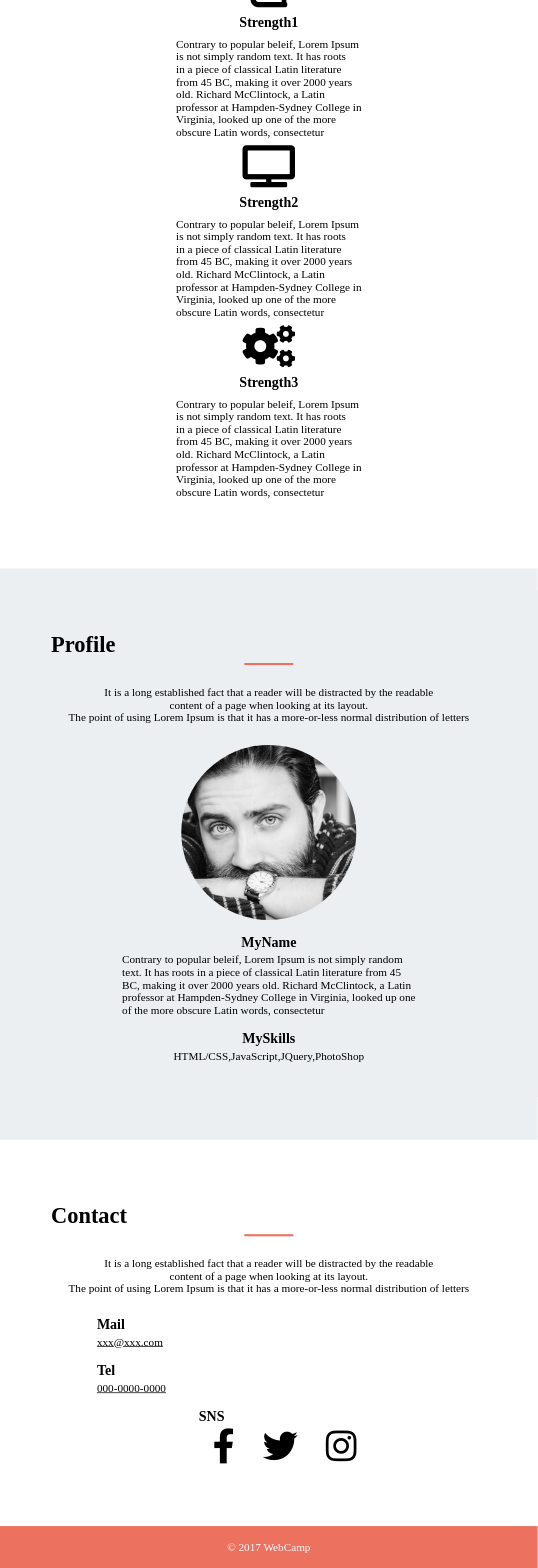
Repository: n19880405nick/challenge
Page: LoremIpsum/challenge.html
The author's editor kept a record of every edit. The page is drawn from the files as they stood at one moment, then again after the next edit.
The browser window is 768 px wide. The pictures show the part of the page from y = 2063 to 4303 px (the page is 4303 px tall), at 70% of full size.

Above is the page before.

### LoremIpsum/challenge.html
<!DOCTYPE html>
	<html lang = "ja">
		<head>
			<meta charset="utf-8">
			<meta name="viewport" content="width=device-width, initial-scale=1.0">
			<title>WALS成果物</title>
			<link rel="stylesheet" href="challenge.css">
			<link rel="stylesheet" href="https://cdnjs.cloudflare.com/ajax/libs/font-awesome/5.15.4/css/all.min.css">
		</head>

		<body>
			<header>
				<nav class="nav">
					<a href=""><img class="logo" src="img/logo.png"></a>
					<ul class="header-list">
						<li class="header-list-item">Portfolio</li>
						<li class="header-list-item">Feature</li>
						<li class="header-list-item">Profile</li>
						<li class="header-list-item">Contact</li>
					</ul>
				</nav>
			</header>

			<main>

				<div class="main-visual">
					<span class="main-visual-text"><strong>Lorem Ipsum</strong></span>
					<span class="main-visual-subtext">simply dummy text of the printing</span>
				</div>

				<div class="portfolio">
					<div class="portfolio-texts">
						<span class="title"><strong>Portfolio</strong></span>
						<div class="underline"></div>
						<span class="subtext">It is a long established fact that a reader will be distracted by the readable<br>
						content of a page when looking at its layout.<br>
						The point of using Lorem Ipsum is that it has a more-or-less normal distribution of letters</span>
					</div>
					<div class="portfolio-images">
						<div class="pf-image"></div>
						<div class="pf-image"></div>
						<div class="pf-image"></div>
						<div class="pf-image"></div>
						<div class="pf-image"></div>
						<div class="pf-image"></div>
					</div>
				</div>

				<div class="feature">
					<div class="feature-texts">
						<span class="title"><strong>Feature</strong></span>
						<div class="underline"></div>
						<span class="subtext">It is a long established fact that a reader will be distracted by the readable<br>
						content of a page when looking at its layout.<br>
						The point of using Lorem Ipsum is that it has a more-or-less normal distribution of letters</span>
					</div>
					<div class="feature-strengthes">
						<div class="feature-strength">
							<span><i class="fas fa-book strength-icon"></i></span>
							<span class="strength-title"><strong>Strength1</strong></span>
							<span class="strength-text">Contrary to popular beleif, Lorem Ipsum<br>
							is not simply random text. It has roots<br>
							in a piece of classical Latin literature<br>
							from 45 BC, making it over 2000 years<br>
							old. Richard McClintock, a Latin<br>
							professor at Hampden-Sydney College in<br>
							Virginia, looked up one of the more<br>
							obscure Latin words, consectetur</span>
						</div>
						<div class="feature-strength">
							<span><i class="fas fa-tv strength-icon"></i></span>
							<span class="strength-title"><strong>Strength2</strong></span>
							<span class="strength-text">Contrary to popular beleif, Lorem Ipsum<br>
							is not simply random text. It has roots<br>
							in a piece of classical Latin literature<br>
							from 45 BC, making it over 2000 years<br>
							old. Richard McClintock, a Latin<br>
							professor at Hampden-Sydney College in<br>
							Virginia, looked up one of the more<br>
							obscure Latin words, consectetur</span>
						</div>
						<div class="feature-strength">
							<span><i class="fas fa-cogs strength-icon"></i></span>
							<span class="strength-title"><strong>Strength3</strong></span>
							<span class="strength-text">Contrary to popular beleif, Lorem Ipsum<br>
							is not simply random text. It has roots<br>
							in a piece of classical Latin literature<br>
							from 45 BC, making it over 2000 years<br>
							old. Richard McClintock, a Latin<br>
							professor at Hampden-Sydney College in<br>
							Virginia, looked up one of the more<br>
							obscure Latin words, consectetur</span>
						</div>
					</div>
				</div>

				<div class="profile">
					<div class="profile-texts">
						<span class="title"><strong>Profile</strong></span>
						<div class="underline"></div>
						<span class="subtext">It is a long established fact that a reader will be distracted by the readable<br>
						content of a page when looking at its layout.<br>
						The point of using Lorem Ipsum is that it has a more-or-less normal distribution of letters</span>
					</div>
					<div class="profile-contents">
						<div class="profile-image-frame">
							<div class="profile-image"></div>
						</div>
						<div class="profile-contents-texts">
							<span class="subtitle"><strong>MyName</strong></span>
							<span class="contents-text">Contrary to popular beleif, Lorem Ipsum is not simply random<br>
							text. It has roots in a piece of classical Latin literature from 45<br>
							BC, making it over 2000 years	old. Richard McClintock, a Latin<br>
							professor at Hampden-Sydney College in Virginia, looked up one<br>
							of the more	obscure Latin words, consectetur</span>
							<span class="subtitle"><strong>MySkills</strong></span>
							<span class="contents-text">HTML/CSS,JavaScript,JQuery,PhotoShop</span>
						</div>
					</div>
				</div>

				<div class="contact">
					<div class="contact-texts">
						<span class="title"><strong>Contact</strong></span>
						<div class="underline"></div>
						<span class="subtext">It is a long established fact that a reader will be distracted by the readable<br>
						content of a page when looking at its layout.<br>
						The point of using Lorem Ipsum is that it has a more-or-less normal distribution of letters</span>
					</div>
					<div class="contact-contents">
						<div class="contact-mail-tel">
							<span class="contact-heading"><strong>Mail</strong></span>
							<span class="contact-detail">xxx@xxx.com</span>
							<span class="contact-heading"><strong>Tel</strong></span>
							<span class="contact-detail">000-0000-0000</span>
						</div>
						<div class="contact-sns">
							<span class="contact-heading"><strong>SNS</strong></span>
							<div class="icon-frame">
								<span><i class="fab fa-facebook-f contact-icon"></i></span>
								<span><i class="fab fa-twitter contact-icon"></i></span>
								<span><i class="fab fa-instagram contact-icon"></i></span>
							</div>
						</div>
					</div>
				</div>

			</main>

			<footer>
				<span class="copyrights">© 2017 WebCamp</span>
			</footer>
		</body>
	</html>

### LoremIpsum/challenge.css
*{
	margin: 0;
	padding: 0;
	box-sizing: border-box;
}

header{
	width: 100%;
	height: 70px;
	background-color: #EC715F;
}

.nav{
	margin: auto;
	width: 1024px;
	color: #FAFAFA;
	display: flex;
}

.logo{
	height: 70px;
}

.header-list{
	margin-left: auto;
	list-style: none;
	display: flex;
}

.header-list-item{
	margin: 0 30px;
	padding-top: 25px;
}

.menu-btn{
	position: fixed;
  top: 5px;
  right: 10px;
  display: flex;
  height: 40px;
  width: 40px;
  justify-content: center;
  align-items: center;
  z-index: 90;
  border: solid 2px #FAFAFA;
  border-radius: 5px;
  display: none;
}

.menu-btn span,
.menu-btn span:before,
.menu-btn span:after {
  content: '';
  display: block;
  height: 3px;
  width: 25px;
  border-radius: 3px;
  background-color: #FAFAFA;
  position: relative;
}

.menu-btn span:before {
  bottom: 8px;
}

.menu-btn span:after {
  top: 6px;
}

.main-visual{
	width: 100%;
	height: 650px;
	color: #FAFAFA;
	background-image: url("img/mv.png");
	background-size: cover;
	background-position: center;
	display: flex;
	flex-direction: column;
	align-items: center;
}

.main-visual-text{
	margin-top: 200px;
	font-size: 64px;
}

.main-visual-subtext{
	margin-top: 10px;
	font-size: 20px;
}

.portfolio{
	width: 100%;
	padding: 90px 0;
	background-color: #ECEFF1;
	display: flex;
	flex-direction: column;
}

.portfolio-texts{
	width: 920px;
	margin: 0 auto;
	display: flex;
	flex-direction: column;
	align-items: center;
}

.title{
	font-size: 32px;
	color: #000000;
}

.underline{
	width: 70px;
	height: 3px;
	background-color: #EC715F;
	margin-top: 8px;
}
.subtext{
	margin: 30px auto;
	font-size: 16px;
	color: #000000;
	text-align: center;
}

.portfolio-images{
	margin: 0 auto;
	width: 920px;
	display: flex;
	flex-wrap: wrap;
}

.pf-image{
	width: 300px;
	height: 250px;
	background-size: cover;
	background-position: center;
}

.pf-image:nth-child(1){
	margin-bottom: 10px;
	background-image: url("img/sketch.jpg");
}
.pf-image:nth-child(2){
	margin: 0 10px 10px;
	background-image: url("img/websuku.png");
}
.pf-image:nth-child(3){
	margin-bottom: 10px;
	background-image: url("img/write.jpg");
}
.pf-image:nth-child(4){
	background-image: url("img/webcamp.png");
}
.pf-image:nth-child(5){
	margin: 0 10px;
	background-image: url("img/talk.jpg");
}
.pf-image:nth-child(6){
  background-image: url("img/webcamp-mother.png");
}

.feature{
	width: 100%;
	padding: 90px 0;
	display: flex;
	flex-direction: column;
}

.feature-texts{
	width: 980px;
	margin: 0 auto;
	display: flex;
	flex-direction: column;
	align-items: center;
}

.feature-strengthes{
	margin: 0 auto;
	width: 980px;
	display: flex;
}

.feature-strength{
	width: 320px;
	height: auto;
	display: flex;
	flex-direction: column;
	align-items: center;
}

.feature-strength:nth-child(2){
	margin: 0 10px;
}

.strength-icon{
	font-size: 60px;
}

.strength-title{
	font-size: 20px;
	color: #000000;
	margin: 10px 0;
}

.strength-text{
	font-size: 16px;
	color: #000000;
}

.profile{
	width: 100%;
	padding: 90px 0;
	background-color: #ECEFF1;
	display: flex;
	flex-direction: column;
}

.profile-texts{
	width: 1024px;
	margin: 0 auto;
	display: flex;
	flex-direction: column;
	align-items: center;
}

.profile-contents{
	margin: 0 auto;
	width: 1024px;
	display: flex;
}

.profile-image-frame{
	width: 512px;
	height: auto;
}

.profile-image{
	margin: 0 auto;
	width: 250px;
  height: 250px;
  border-radius:50%;
	background-image: url("img/my-icon.jpg");
}

.profile-contents-texts{
	width: 512px;
	height: auto;
	display: flex;
	flex-direction: column;
}

.subtitle{
	font-size: 20px;
	margin-bottom: 5px;
}

.contents-text{
	font-size: 16px;
	color: #000000;
	margin-bottom: 20px;
}

.contact{
	width: 100%;
	padding: 90px 0;
	display: flex;
	flex-direction: column;
}

.contact-texts{
	width: 800px;
	margin: 0 auto;
	display: flex;
	flex-direction: column;
	align-items: center;
}

.contact-contents{
	margin: 0 auto;
	width: 800px;
	display: flex;
}

.contact-mail-tel{
	width: 400px;
	display: flex;
	flex-direction: column;
	padding-left: 100px;
}

.contact-heading{
	font-size: 20px;
	margin-bottom: 5px;
}

.contact-detail{
	margin-bottom: 20px;
	text-decoration: underline;
}

.contact-sns{
	width: 400px;
	margin: 0 auto;
	padding-left: 100px;
	display: flex;
	flex-direction: column;
}

.icon-frame{
	display: flex;
}

.contact-icon{
	margin: 0 20px;
	font-size: 50px;
}

footer{
	width: 100%;
	height: 60px;
	background-color: #EC715F;
	display: flex;
	justify-content: center;
	align-items: center;
}

.copyrights{
	font-size: 16px;
	color: #FAFAFA;
}

@media screen and (max-width: 768px){
	header{
		height: 50px;
		position: fixed;
	}

	.nav{
		width: 90%;
	}

	.logo{
		height: 50px;
	}

	.header-list{
		display: none;
	}

	.menu-btn{
		display: inherit;
	}

	.main-visual{
		width: 100%;
		height: 650px;
		color: #FAFAFA;
		background-image: url("img/code.png");
		background-size: cover;
		background-position: center;
		display: flex;
		flex-direction: column;
		align-items: center;
	}

	.main-visual-text{
		margin-top: 200px;
		width: 90%;
		font-size: 40px;
	}

	.main-visual-subtext{
		margin-top: 10px;
		width: 90%;
		font-size: 18px;
	}

	.title, .subtext,
	.portfolio-texts, .portfolio-images,
	.feature-texts, .feature-strengthes,
	.profile-texts, .profile-contents,
	.contact-texts, .contact-contents{
		width: 90%;
	}

	.portfolio-images{
		display: flex;
		flex-direction: column;
		align-items: center;
	}

	.pf-image:nth-child(1),
	.pf-image:nth-child(3),
	.pf-image:nth-child(5){
		display: none;
	}

	.pf-image:nth-child(4){
		margin-bottom: 10px;
	}

	.feature-strengthes{
		display: flex;
		flex-direction: column;
		align-items: center;
	}

	.strength-text{
		margin-bottom: 10px;
	}

	.profile-contents{
		display: flex;
		flex-direction: column;
		align-items: center;
	}

	.profile-contents-texts{
		margin-top: 20px;
		align-items: center;
	}

	.contact-contents{
		display: flex;
		flex-direction: column;

	}

	.contact-mail-tel, .contact-sns{

	}
}

After the next edit:
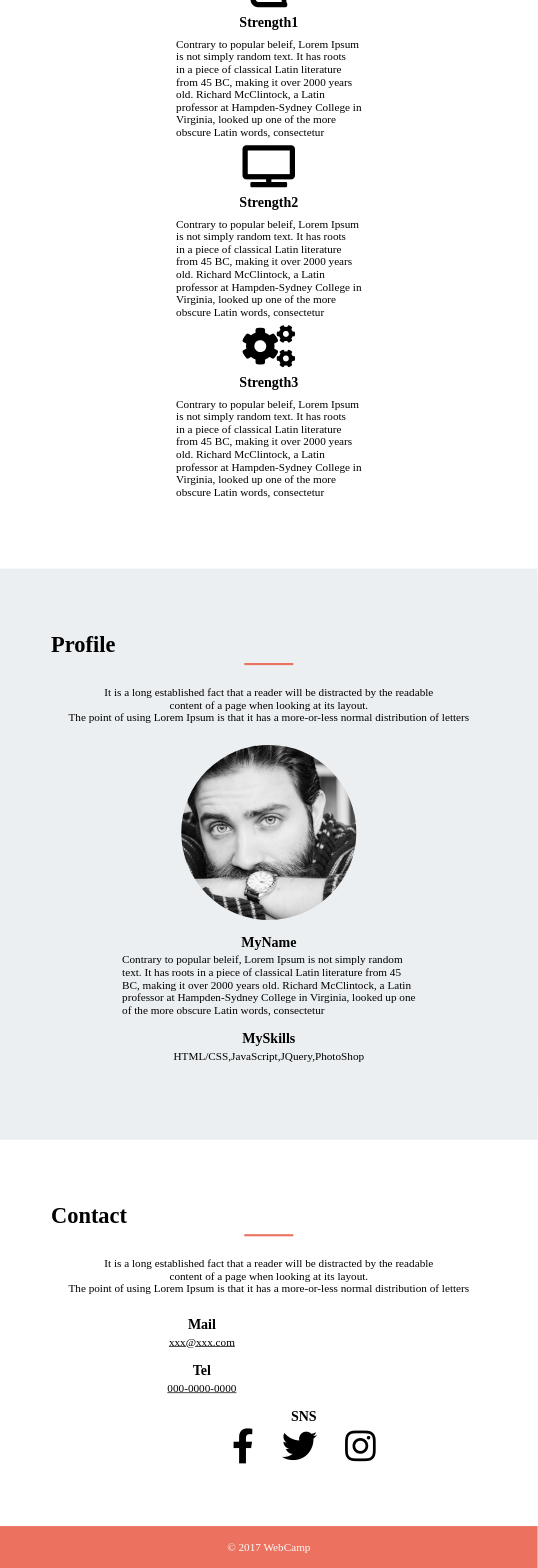
The edit:
--- a/LoremIpsum/challenge.css
+++ b/LoremIpsum/challenge.css
@@ -428,6 +428,6 @@
 	}
 
 	.contact-mail-tel, .contact-sns{
-
-	}
-}
+		align-items: center;
+	}
+}
